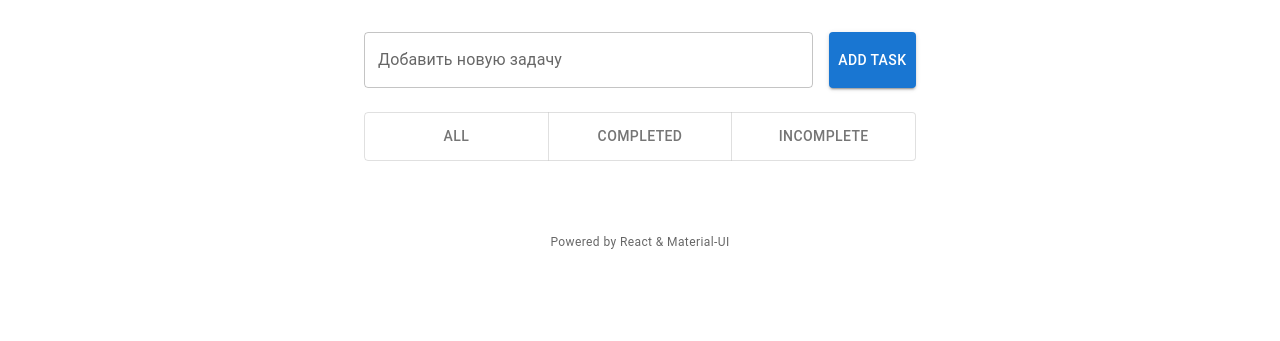
Repository: tobiaskoira/simple_web_service
Page: / (app in client/)
The author's editor kept a copy of each file at every save. The page is drawn from the files as they stood at one save, then again after a run of saves.
The browser window is 1280 px wide. The pictures show the whole page.
The page's requests for data from a server got no answer. The project was rebuilt for these pictures with package versions that can differ from the ones it lists, and the page was loaded fresh each time. No one was signed in, and anything a server would have sent is missing.

Above is the page before, as saved 2024-12-22 23:29:51.

### client/src/App.js
import React, { useState, useEffect } from 'react';
import {
    Container,
    Typography,
    TextField,
    Button,
    List,
    ListItem,
    ListItemText,
    IconButton,
    Checkbox,
    ToggleButtonGroup,
    ToggleButton,
    Box,
} from '@mui/material';
import DeleteIcon from '@mui/icons-material/Delete';

const App = () => {
    const [tasks, setTasks] = useState([]);
    const [newTask, setNewTask] = useState('');
    const [filter, setFilter] = useState('all'); // all, completed, incomplete

    // Fetch tasks from backend
    useEffect(() => {
        fetch('http://localhost:5000/tasks')
            .then((res) => res.json())
            .then((data) => setTasks(data))
            .catch((error) => console.error('Error fetching tasks:', error));
    }, []);

    // Add a new task
    const addTask = async () => {
        const response = await fetch('http://localhost:5000/tasks', {
            method: 'POST',
            headers: { 'Content-Type': 'application/json' },
            body: JSON.stringify({ title: newTask, completed: false }),
        });
        const task = await response.json();
        setTasks([...tasks, task]);
        setNewTask('');
    };

    // Delete a task
    const deleteTask = async (id) => {
        await fetch(`http://localhost:5000/tasks/${id}`, { method: 'DELETE' });
        setTasks(tasks.filter((task) => task._id !== id));
    };

    // Toggle task completion
    const toggleCompletion = async (id, completed) => {
        const response = await fetch(`http://localhost:5000/tasks/${id}`, {
            method: 'PATCH',
            headers: { 'Content-Type': 'application/json' },
            body: JSON.stringify({ completed: !completed }),
        });
        const updatedTask = await response.json();
        setTasks(
            tasks.map((task) => (task._id === updatedTask._id ? updatedTask : task))
        );
    };

    // Handle task filtering
    const filteredTasks = tasks.filter((task) => {
        if (filter === 'completed') return task.completed;
        if (filter === 'incomplete') return !task.completed;
        return true;
    });

    return (
        <Container maxWidth="sm" sx={{ mt: 4 }}>
            <Typography variant="h4" align="center" gutterBottom>

            </Typography>

            {/* Task input */}
            <Box sx={{ display: 'flex', gap: 2, mb: 3 }}>
                <TextField
                    variant="outlined"
                    fullWidth
                    label="Добавить новую задачу"
                    value={newTask}
                    onChange={(e) => setNewTask(e.target.value)}
                />
                <Button
                    variant="contained"
                    color="primary"
                    onClick={addTask}
                    sx={{ whiteSpace: 'nowrap' }}
                >
                    Add Task
                </Button>
            </Box>

            {/* Filter toggle buttons */}
            <ToggleButtonGroup
                value={filter}
                exclusive
                onChange={(e, newFilter) => setFilter(newFilter || 'all')}
                fullWidth
                sx={{ mb: 3 }}
            >
                <ToggleButton value="Все">All</ToggleButton>
                <ToggleButton value="Завершены">Completed</ToggleButton>
                <ToggleButton value="В процессе">Incomplete</ToggleButton>
            </ToggleButtonGroup>

            {/* Task list */}
            <List>
                {filteredTasks.map((task) => (
                    <ListItem
                        key={task._id}
                        secondaryAction={
                            <IconButton
                                edge="end"
                                aria-label="delete"
                                onClick={() => deleteTask(task._id)}
                            >
                                <DeleteIcon />
                            </IconButton>
                        }
                    >
                        <Checkbox
                            checked={task.completed}
                            onChange={() =>
                                toggleCompletion(task._id, task.completed)
                            }
                        />
                        <ListItemText
                            primary={task.title}
                            secondary={task.completed ? 'Completed' : 'Incomplete'}
                        />
                    </ListItem>
                ))}
            </List>

            {/* Footer */}
            <Typography
                variant="caption"
                display="block"
                align="center"
                color="textSecondary"
                sx={{ mt: 4 }}
            >
                Powered by React & Material-UI
            </Typography>
        </Container>
    );
};

export default App;

Loaded but not shown: client/public/index.html (common file); client/src/index.js (common file); client/src/index.css (common file); client/src/reportWebVitals.js (common file)

After the next 3 saves:
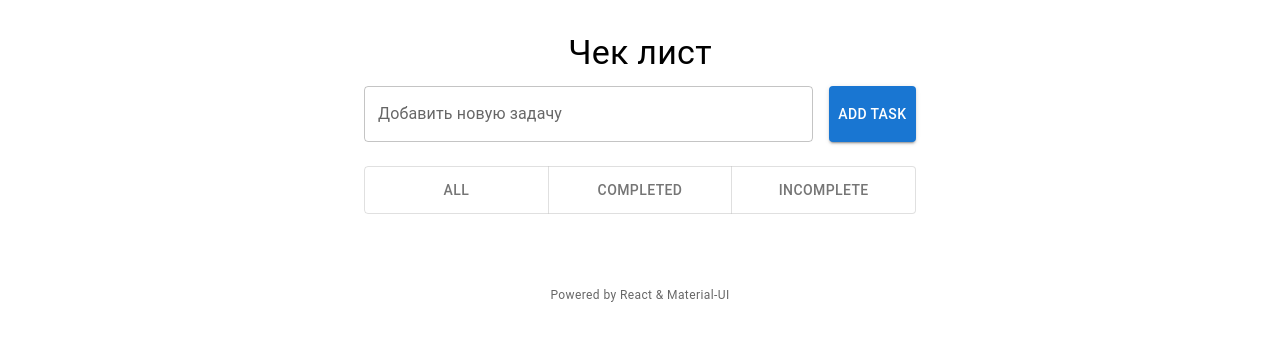
The 3 saves are shown as one change because they came seconds apart.
The last was saved 11 s later.
--- a/client/src/App.js
+++ b/client/src/App.js
@@ -69,7 +69,7 @@ const App = () => {
     return (
         <Container maxWidth="sm" sx={{ mt: 4 }}>
             <Typography variant="h4" align="center" gutterBottom>
-
+                Чек лист
             </Typography>
 
             {/* Task input */}
